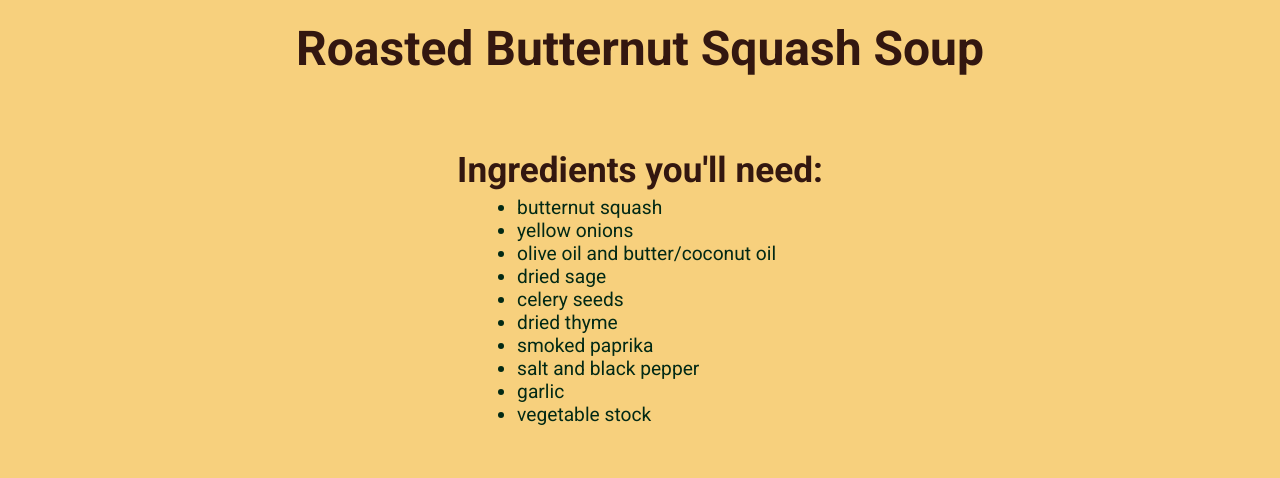
Repository: IDMX225/css-card-flip-LyssaMA
Page: src/index.html
An editor plug-in stored every save of this project. The page is shown before and after the next save, followed by the edit.
The browser window is 1280 px wide. The pictures show the part of the page from y = 0 to 478 px (the page is 928 px tall).
Pictures or frames that could not be fetched are drawn as grey boxes. The style sheet was rebuilt from its Sass, Less or Tailwind sources for each picture, by a compiler version that may differ from the author's.

Above is the page before, as saved 2024-11-12 22:38:12.
Not found: src/js/index.js

### src/index.html
<!DOCTYPE html>
<html lang="en">

<head>
  <meta charset="UTF-8">
  <meta name="viewport" content="width=device-width, initial-scale=1.0">
  <meta name="description" content="A modern CSS page">
  <meta name="generator" content="Eleventy v1.2">
  <title>Recipe</title>
  <link rel="shortcut icon" href="images/squash.png" type="image/png">
  <link rel="stylesheet" href="css/main.css">
</head>

<body>
  <!-- Title above the card -->
  <div class="title-above-card">Roasted Butternut Squash Soup</div>

  <!-- Ingredients Section -->
  <div class="ingredients">
    <div class="ingredients-heading">Ingredients you'll need:</div>
    <ul class="ingredients-list">
      <li>butternut squash</li>
      <li>yellow onions</li>
      <li>olive oil and butter/coconut oil</li>
      <li>dried sage</li>
      <li>celery seeds</li>
      <li>dried thyme</li>
      <li>smoked paprika</li>
      <li>salt and black pepper</li>
      <li>garlic</li>
      <li>vegetable stock</li>
    </ul>
  </div>

  <!-- The Card with the Recipe Title inside -->
  <div class="card">
    <div class="card__content">
      <div class="card__front">
        <!-- Image added to the front -->
        <img src="images/squashsoup .jpg" alt="Roasted Butternut Squash Soup" class="card__image">
        <h3 class="card__title">Roasted Butternut Squash Soup</h3>
        <p class="card__subtitle">Vegetarian Friendly</p>
      </div>

      <div class="card__back">
        <p class="card__body">To roast the squash, simply place the seasoned squash onto two large baking sheets lined
          with aluminum foil for easy cleanup. Roast in the oven for 45 minutes at 400°F.
          There's no need to flip over the squash halfway through roasting. Just let it go for 45 minutes and that's it!
          Enjoy!</p>
      </div>
    </div>
  </div>

  <script src="js/index.js"></script>
</body>

</html>

### src/sass/main.scss
/* Import Google Fonts */
@import url('https://fonts.googleapis.com/css2?family=Roboto:wght@400;700&display=swap');

:root {
  --level-three: translateZ(9rem);
  --fw-normal: 400;
  --fw-bold: 700;
  --clr: #f59e42; /* Squash Soup Orange */
  --clr-dark: #331710; /* Dark brown for the card back */
  --font-family: 'Roboto', sans-serif;
}

*,
*::before,
*::after {
  box-sizing: border-box;
  margin: 0;
}

body {
  font-family: var(--font-family);
  height: 100vh;
  display: grid;
  place-items: center;
  padding: 20px;
  background-color: #f7d07d;
}

/* Title Above the Card */
.title-above-card {
  font-family: var(--font-family);
  font-size: 3rem;
  font-weight: var(--fw-bold);
  text-align: center;
  margin-bottom: 1.5em;
  color: #331710;
}

/* Ingredients Section */
.ingredients {
  text-align: center;
  margin-bottom: 2em;
}

.ingredients-heading {
  font-family: var(--font-family);
  font-size: 2.2rem;
  font-weight: var(--fw-bold);
  color: #331710;
  margin-bottom: 5px;
}

.ingredients-list {
  text-align: left;
  font-family: var(--font-family);
  font-size: 1.2rem;
  color: #022915; /* Dark green color */
  list-style-type: disc;
  margin-left: 20px;
}

/* Card Container */
.card {
  width: 320px;
  height: 450px;
  perspective: 1000px;
  border-radius: 12px;
  overflow: hidden;
  padding-bottom: 2em;
  display: flex;
  flex-direction: column;
  position: relative;
  margin-top: 20px;
}

/* Card Content */
.card__content {
  position: relative;
  width: 100%;
  height: 100%;
  transform-style: preserve-3d;
  transition: transform 0.6s;
}

.card:hover .card__content {
  transform: rotateY(180deg);
}

/* Front and Back of the Card */
.card__front,
.card__back {
  position: absolute;
  top: 0;
  left: 0;
  right: 0;
  bottom: 0;
  backface-visibility: hidden;
  display: flex;
  justify-content: center;
  align-items: center;
  border-radius: 12px;
  box-sizing: border-box;
  width: 100%;
  height: 100%;
}

/* Front of the Card */
.card__front {
  background-color: var(--clr);
  color: #034d28;
  padding: 1.5em;
  border-radius: 12px;
  box-shadow: 0 8px 16px rgba(0, 0, 0, 0.3);
  position: relative; /* Make sure the front is positioned relative */
  display: flex;
  flex-direction: column;
  justify-content: center;
  align-items: center;
  text-align: center;
  z-index: 1;  /* Make sure the title and subtitle appear above the image */
  overflow: hidden;  /* Prevent text from overflowing the card */
}

/* Image on the Front of the Card */
.card__image {
  position: absolute; /* Position the image absolutely inside the card front */
  top: 0;
  left: 0;
  right: 0;
  bottom: 0;
  width: 100%;  /* Make sure the image covers the whole front */
  height: 100%;  /* Ensure it stretches across the full height of the card */
  object-fit: cover;  /* Make sure the image doesn't stretch or distort */
  opacity: 0.3;  /* Apply 70% transparency */
  z-index: 0;  /* Ensure the image stays behind the text */
  object-position: center;  /* Center the image in case it doesn't fit perfectly */
}

/* Title on Card Front */
.card__title {
  font-family: var(--font-family);
  font-size: 2.4rem;
  font-weight: var(--fw-bold);
  text-transform: uppercase;
  color: #331710;
  box-shadow: 0 0 8px rgba(0, 0, 0, 0.5);
  padding: 1em;
  text-align: center;
  position: relative;
  z-index: 2;  /* Ensure that the title is above the image */
  width: 100%; /* Ensure full width */
  box-sizing: border-box;
  margin-bottom: 0.5em;
}

/* Subtitle on Card */
.card__subtitle {
  font-family: var(--font-family);
  font-size: 1.5rem;
  font-weight: var(--fw-normal);
  text-align: center;
  margin-top: 0; /* Remove extra margin */
}

/* Image on Front of Card */
.card__image {
  position: absolute;
  top: 0;
  left: 0;
  right: 0;
  bottom: 0;
  object-fit: cover; /* Make sure the image covers the entire card */
  opacity: 0.2;
  z-index: 0; /* Image behind the text */
  width: 100%;
  height: 100%;
  object-position: center; /* Center the image */
}

/* Back of the Card */
.card__back {
  background: var(--clr-dark);
  color: #f7d07d;
  transform: rotateY(180deg);
  border-radius: 12px;
  padding: 2em;
  box-sizing: border-box;
  text-align: center;
  z-index: 1;
  overflow: hidden;
}

.card__body {
  font-family: var(--font-family);
  font-size: 1.1rem;
  line-height: 1.5;
  text-align: center;
  max-width: 90%;
  box-sizing: border-box;
  padding: 1em;
}

After the next save:
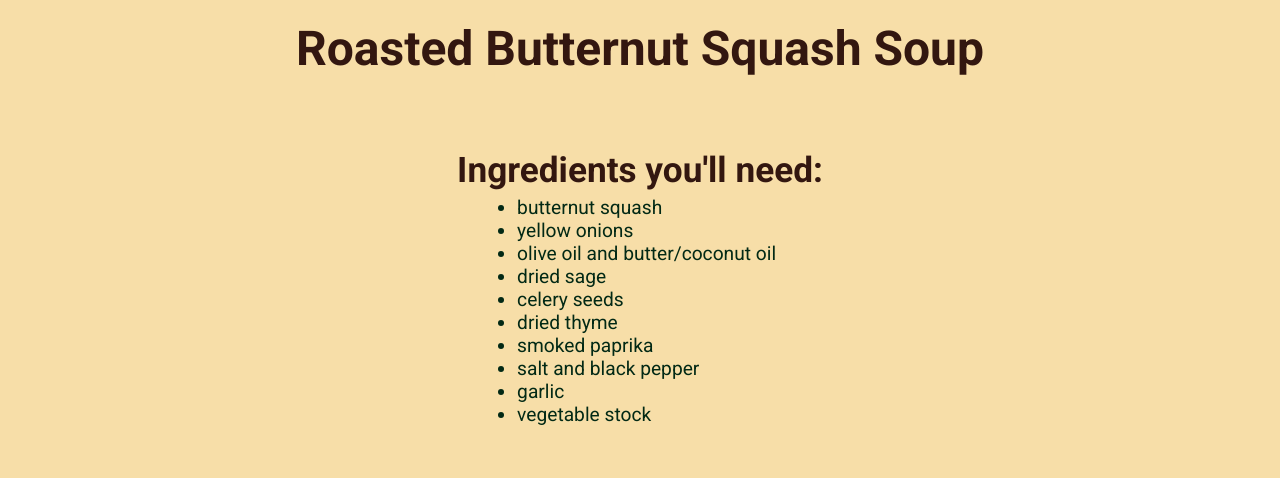
Saved 4 min 12 s later.
--- a/src/sass/main.scss
+++ b/src/sass/main.scss
@@ -23,7 +23,7 @@ body {
   display: grid;
   place-items: center;
   padding: 20px;
-  background-color: #f7d07d;
+  background-color: #f7dea8;
 }
 
 /* Title Above the Card */
